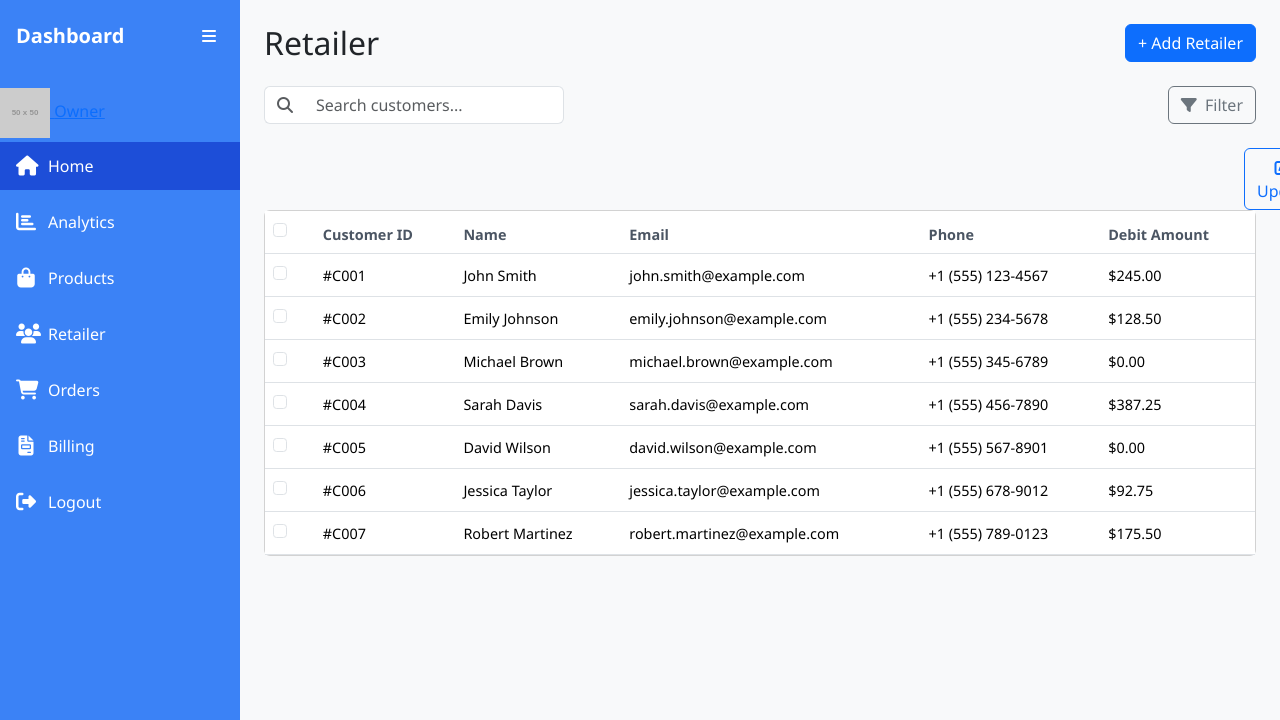
Repository: AditiAjitSalvi/Inventory_Managment
Page: Inventory_Managment_System/Inventory/src/main/webapp/NewFile.html
An editor plug-in stored every save of this project. The page is shown before and after the next save, followed by the edit.
The browser window is 1280 px wide. The pictures show the whole page.

Above is the page before, as saved 2025-06-01 11:34:13.

### Inventory_Managment_System/Inventory/src/main/webapp/NewFile.html
<!DOCTYPE html>
<html lang="en">
<head>
<meta charset="UTF-8">
<meta name="viewport" content="width=device-width, initial-scale=1.0">
<title>Retailer
</title>
<!-- Bootstrap CSS -->
<link
	href="https://cdn.jsdelivr.net/npm/bootstrap@5.3.2/dist/css/bootstrap.min.css"
	rel="stylesheet">
<!-- Font Awesome for icons -->
<link rel="stylesheet"
	href="https://cdnjs.cloudflare.com/ajax/libs/font-awesome/6.4.2/css/all.min.css">
<!-- Custom CSS -->
<style>
/* Main Layout */
body {
	margin: 0;
	padding: 0;
	background-color: #f8f9fa;
	font-family: 'Segoe UI', Tahoma, Geneva, Verdana, sans-serif;
}

.dashboard-container {
	display: flex;
	min-height: 100vh;
}

/* Sidebar Styles */
.sidebar {
	width: 240px;
	background-color: #3b82f6; /* Blue 600 equivalent */
	color: white;
	transition: all 0.3s ease-in-out;
	display: flex;
	flex-direction: column;
}

.sidebar.collapsed {
	width: 64px;
}

.sidebar-header {
	display: flex;
	justify-content: space-between;
	align-items: center;
	padding: 16px;
}

.sidebar-title {
	font-size: 1.25rem;
	font-weight: bold;
	margin: 0;
}

.sidebar-toggle {
	background: transparent;
	border: none;
	color: white;
	cursor: pointer;
	padding: 8px;
}

.sidebar-toggle:hover {
	background-color: rgba(255, 255, 255, 0.1);
	border-radius: 4px;
}

.sidebar-menu {
	display: flex;
	flex-direction: column;
	padding-top: 16px;
}

.sidebar-link {
	display: flex;
	align-items: center;
	padding: 12px 16px;
	text-decoration: none;
	color: white;
	margin: 4px 0;
	transition: background-color 0.2s;
}

.sidebar-link:hover {
	background-color: #2563eb; /* Blue 700 equivalent */
	color: white;
}

.sidebar-link.active {
	background-color: #1d4ed8; /* Blue 800 equivalent */
	color: white;
}

.sidebar-link i {
	font-size: 1.25rem;
	width: 20px;
	text-align: center;
}

.sidebar-link .link-text {
	margin-left: 12px;
	white-space: nowrap;
}

.sidebar.collapsed .sidebar-title, .sidebar.collapsed .link-text {
	display: none;
}

/* Main Content */
.main-content {
	flex: 1;
	padding: 24px;
	overflow-y: auto;
}

/* Stat Cards */
.stat-card {
	border-radius: 8px;
	border: 1px solid rgba(0, 0, 0, 0.125);
	box-shadow: 0 1px 3px rgba(0, 0, 0, 0.1);
}

.stat-icon {
	font-size: 1.25rem;
	color: #6b7280; /* Text muted equivalent */
}

.stat-title {
	font-size: 0.875rem;
	color: #6b7280; /* Text muted equivalent */
	margin-bottom: 4px;
}

.stat-value {
	font-size: 1.5rem;
	font-weight: bold;
	margin: 0;
}

/* Status Badges */
.status {
	padding: 4px 8px;
	border-radius: 4px;
	font-size: 0.75rem;
	font-weight: 500;
	display: inline-block;
	text-align: center;
}

.status.active {
	background-color: #ecfdf5;
	color: #10b981; /* Green 500 equivalent */
}

.status.inactive {
	background-color: #fef2f2;
	color: #ef4444; /* Red 500 equivalent */
}

.status.new {
	background-color: #eff6ff;
	color: #3b82f6; /* Blue 500 equivalent */
}

/* Customers Page Styles */
.customers-container {
	max-width: 100%;
	margin: 0 auto;
}

.search-wrapper {
	width: 300px;
}

.customer-table {
	font-size: 0.9rem;
}

.customer-table th {
	font-weight: 600;
	color: #4b5563;
	border-bottom-width: 1px;
}

.customer-table td {
	vertical-align: middle;
}

.customer-table .form-check {
	margin: 2;
}

/* Responsive Adjustments */
@media ( max-width : 768px) {
	.sidebar {
		width: 64px;
	}
	.sidebar .sidebar-title, .sidebar .link-text {
		display: none;
	}
	.main-content {
		padding: 16px;
	}
	.customers-container .btn-group {
		display: flex;
		flex-direction: column;
	}
	.customers-container .btn-group .btn {
		margin-bottom: 8px;
		margin-right: 0 !important;
	}
	.search-wrapper {
		width: 100%;
		margin-bottom: 16px;
	}
}

.action-buttons {
	position: absolute;
	right: 20px;
	top: 150px;
	display: flex;
	gap: 10px;
}

@media ( max-width : 992px) {
	.customers-container .d-flex {
		flex-direction: column;
	}
	.customers-container .d-flex .btn {
		margin-bottom: 8px;
	}
}

.card:hover {
	transform: translateY(-5px);
	box-shadow: 0 10px 20px rgba(0, 0, 0, 0.1);
	transition: 0.3s ease;
}
</style>
</head>
<body>
	<div class="dashboard-container">
		<!-- Sidebar -->
		<div class="sidebar" id="sidebar">
			<div class="sidebar-header">
				<h2 class="sidebar-title">Dashboard</h2>
				<button class="btn sidebar-toggle" id="sidebarToggle">
					<i class="fa fa-bars"></i>
				</button>
			</div>
			<div class="sidebar-menu">
				<div class="profile">
					<a href="#" class="profile-link"> <img
						src="https://via.placeholder.com/50" alt="Owner"
						class="profile-image"> <span class="owner-name">Owner</span>
					</a>
				</div>
				<a href="Home.html" class="sidebar-link active">
				<i class="fa fa-home"></i>
					<span class="link-text">Home</span>
				</a>
				 <a href="#" class="sidebar-link">
				  <i class="fa fa-chart-bar"></i>
					<span class="link-text">Analytics</span>
				</a>
				<a href="Product.html" class="sidebar-link">
				<i class="fa fa-shopping-bag"></i>
				 <span class="link-text">Products</span>
				</a>
				<a href="Retailer.html" class="sidebar-link">
				<i class="fa fa-users"></i>
				 <span class="link-text">Retailer</span>
					 <a href="Order.html"class="sidebar-link">
					  <i class="fa fa-shopping-cart"></i>
					   <span class="link-text">Orders</span>
				</a>

				</a> <a href="#" class="sidebar-link"> <i class="fa fa-file-invoice"></i>
					<span class="link-text">Billing</span>
				</a> <a href="login.jsp" class="sidebar-link"> <i
					class="fa fa-sign-out-alt"></i> <span class="link-text">Logout</span>
				</a>

			</div>
		</div>

		<!-- Main Content -->
		<div class="main-content">
			<div class="customers-container">
				<div class="d-flex justify-content-between align-items-center mb-4">
					<h2 class="m-0">Retailer</h2>
					<div class="btn-group">

						<button class="btn btn-primary">+ Add Retailer</button>
					</div>
				</div>

				<div class="d-flex justify-content-between align-items-center mb-4">
					<div class="search-wrapper">
						<div class="input-group">
							<span class="input-group-text bg-white border-end-0"> <i
								class="fa fa-search text-muted"></i>
							</span> <input type="text" class="form-control border-start-0"
								placeholder="Search customers...">
						</div>
					</div>
					<div class="d-flex">

						<button class="btn btn-outline-secondary">
							<i class="fa fa-filter me-1"></i> <span>Filter</span>
						</button>
					</div>
				</div>
				<div class="d-flex"
					style="right: 50px; top: 150px; display: flex; gap: 10px;margin-left:980px;">
					<button class="btn btn-outline-primary me-2">
						<i class="fa fa-edit me-1"></i> <span>Update</span>
					</button>
					<button class="btn btn-outline-danger">
						<i class="fa fa-trash me-1"></i> <span>Delete</span>
					</button>
				</div>


				<div class="card">
					<div class="card-body p-0">
						<div class="table-responsive">
							<table class="table customer-table mb-0">
								<thead>
									<tr>
										<th>
											<div class="form-check">
												<input class="form-check-input" type="checkbox"
													id="selectAll"> <label class="form-check-label"
													for="selectAll"></label>
											</div>
										</th>
										<th>Customer ID</th>
										<th>Name</th>
										<th>Email</th>
										<th>Phone</th>
                                        <th>Debit Amount</th>
									</tr>
								</thead>
								<tbody>
									<tr>
										<td>
											<div class="form-check">
												<input class="form-check-input" type="checkbox"> <label
													class="form-check-label"></label>
											</div>
										</td>
										<td>#C001</td>
										<td>John Smith</td>
										<td>john.smith@example.com</td>
										<td>+1 (555) 123-4567</td>
                                        <td>$245.00</td>
									</tr>
									<tr>
										<td>
											<div class="form-check">
												<input class="form-check-input" type="checkbox"> <label
													class="form-check-label"></label>
											</div>
										</td>
										<td>#C002</td>
										<td>Emily Johnson</td>
										<td>emily.johnson@example.com</td>
										<td>+1 (555) 234-5678</td>
                                        <td>$128.50</td>
									</tr>
									<tr>
										<td>
											<div class="form-check">
												<input class="form-check-input" type="checkbox"> <label
													class="form-check-label"></label>
											</div>
										</td>
										<td>#C003</td>
										<td>Michael Brown</td>
										<td>michael.brown@example.com</td>
										<td>+1 (555) 345-6789</td>
                                        <td>$0.00</td>
									</tr>
									<tr>
										<td>
											<div class="form-check">
												<input class="form-check-input" type="checkbox"> <label
													class="form-check-label"></label>
											</div>
										</td>
										<td>#C004</td>
										<td>Sarah Davis</td>
										<td>sarah.davis@example.com</td>
										<td>+1 (555) 456-7890</td>
                                        <td>$387.25</td>
									</tr>
									<tr>
										<td>
											<div class="form-check">
												<input class="form-check-input" type="checkbox"> <label
													class="form-check-label"></label>
											</div>
										</td>
										<td>#C005</td>
										<td>David Wilson</td>
										<td>david.wilson@example.com</td>
										<td>+1 (555) 567-8901</td>
                                        <td>$0.00</td>
									</tr>
									<tr>
										<td>
											<div class="form-check">
												<input class="form-check-input" type="checkbox"> <label
													class="form-check-label"></label>
											</div>
										</td>
										<td>#C006</td>
										<td>Jessica Taylor</td>
										<td>jessica.taylor@example.com</td>
										<td>+1 (555) 678-9012</td>
                                        <td>$92.75</td>
									</tr>
									<tr>
										<td>
											<div class="form-check">
												<input class="form-check-input" type="checkbox"> <label
													class="form-check-label"></label>
											</div>
										</td>
										<td>#C007</td>
										<td>Robert Martinez</td>
										<td>robert.martinez@example.com</td>
										<td>+1 (555) 789-0123</td>
                                        <td>$175.50</td>
									</tr>
								</tbody>
							</table>
						</div>
					</div>
				</div>
			</div>
		</div>
	</div>

	<!-- Bootstrap Bundle with Popper -->
	<script
		src="https://cdn.jsdelivr.net/npm/bootstrap@5.3.2/dist/js/bootstrap.bundle.min.js"></script>
	<!-- Custom JS -->

	<script>
 // Wait for the DOM to be fully loaded
    document.addEventListener('DOMContentLoaded', function() {
        // Sidebar toggle functionality
        const sidebarToggle = document.getElementById('sidebarToggle');
        const sidebar = document.getElementById('sidebar');

        sidebarToggle.addEventListener('click', function() {
            sidebar.classList.toggle('collapsed');
        });

        // Check if we're on mobile
        function checkMobile() {
            if (window.innerWidth < 768) {
                sidebar.classList.add('collapsed');
            } else {
                sidebar.classList.remove('collapsed');
            }
        }

        // Initial check
        checkMobile();

        // Listen for window resize
        window.addEventListener('resize', checkMobile);

        // Select all checkbox functionality
        const selectAllCheckbox = document.getElementById('selectAll');
        if (selectAllCheckbox) {
            selectAllCheckbox.addEventListener('change', function() {
                const checkboxes = document.querySelectorAll('table .form-check-input');
                checkboxes.forEach(checkbox => {
                    checkbox.checked = selectAllCheckbox.checked;
                });
            });
        }

        // Individual checkbox change handler
        const checkboxes = document.querySelectorAll('table .form-check-input:not(#selectAll)');
        checkboxes.forEach(checkbox => {
            checkbox.addEventListener('change', function() {
                const allChecked = Array.from(checkboxes).every(cb => cb.checked);
                const someChecked = Array.from(checkboxes).some(cb => cb.checked);

                if (selectAllCheckbox) {
                    selectAllCheckbox.checked = allChecked;
                    selectAllCheckbox.indeterminate = someChecked && !allChecked;
                }
            });
        });

        // Search functionality
        const searchInput = document.querySelector('.search-wrapper input');
        if (searchInput) {
            searchInput.addEventListener('input', function() {
                const searchText = searchInput.value.toLowerCase();
                const rows = document.querySelectorAll('tbody tr');

                rows.forEach(row => {
                    const text = row.textContent.toLowerCase();
                    if (text.includes(searchText)) {
                        row.style.display = '';
                    } else {
                        row.style.display = 'none';
                    }
                });
            });
        }
    });
    </script>
</body>
</html>

After the next save:
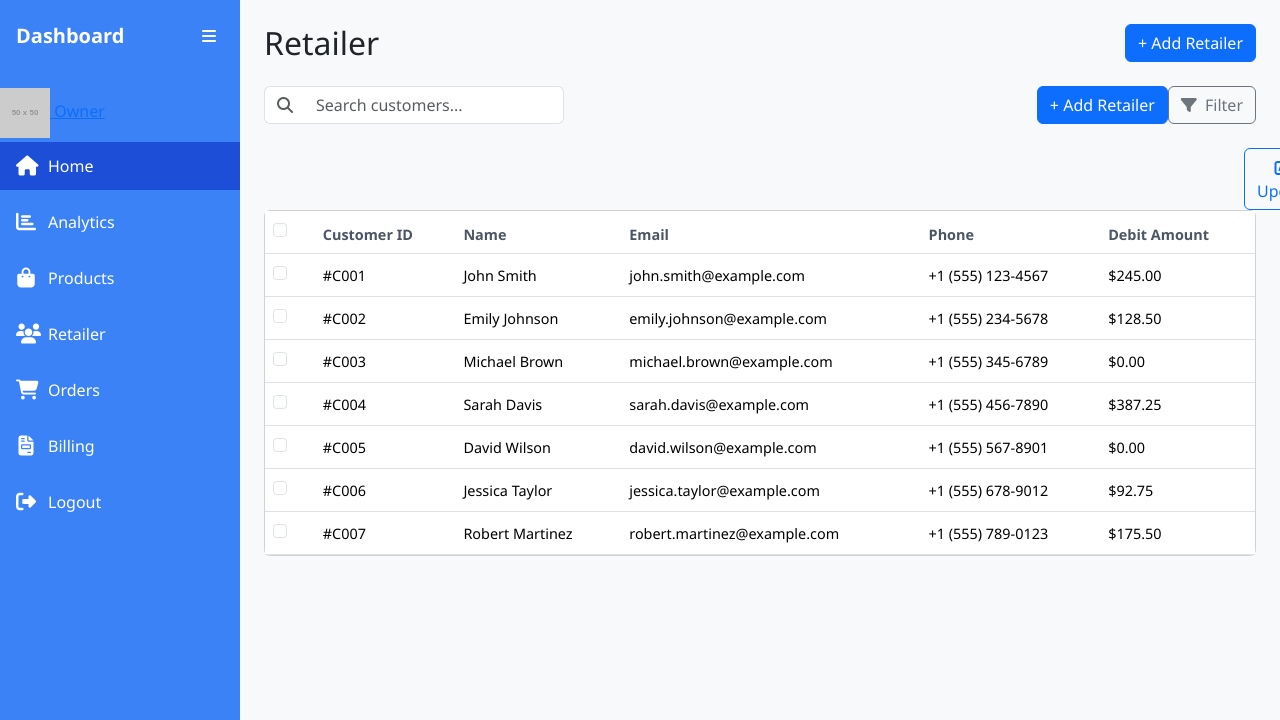
Saved 77 s later.
--- a/Inventory_Managment_System/Inventory/src/main/webapp/NewFile.html
+++ b/Inventory_Managment_System/Inventory/src/main/webapp/NewFile.html
@@ -308,7 +308,7 @@ body {
 						</div>
 					</div>
 					<div class="d-flex">
-
+						<button class="btn btn-primary">+ Add Retailer</button>
 						<button class="btn btn-outline-secondary">
 							<i class="fa fa-filter me-1"></i> <span>Filter</span>
 						</button>
